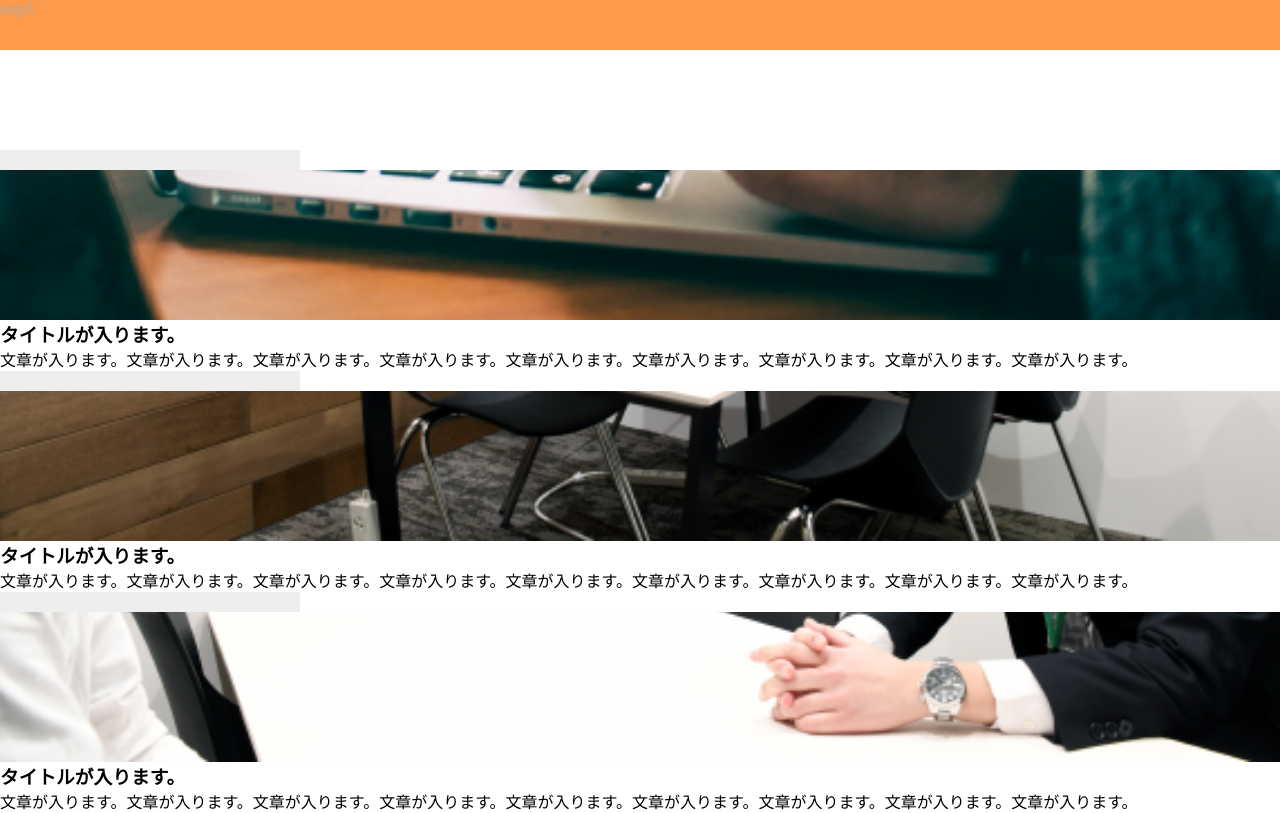
Repository: macchi-ro/-1
Page: 演習/practice.html
The author's editor kept a record of every edit. The page is drawn from the files as they stood at one moment, then again after the next edit.
The browser window is 1280 px wide. The pictures show the whole page.
Some web libraries are served in a nearby version.

Above is the page before.

### 演習/practice.html
<!DOCTYPE html>
<html lang="ja">
  <head>
    <meta charset="UTF-8" />

    <!-- FontAwesomeの読み込み -->
    <script src="https://kit.fontawesome.com/1411ab0f97.js" crossorigin="anonymous"></script>
    <!-- CSSファイルの読み込み -->
    <link rel="stylesheet" href="practice.css" />
    <title>演習</title>


  </head>

  <body>
   <header>
     <div class="header"></div>
   </header>

   <main>
     <div class="main"></div>
      <div class="step-box"></div>
       <div class="step-num">step1</div>
       <div class="step-img1"></div>
       <h3 class="taitle">タイトルが入ります。</h3>
       <p class="stepbox.text">文章が入ります。文章が入ります。文章が入ります。文章が入ります。文章が入ります。文章が入ります。文章が入ります。文章が入ります。文章が入ります。</p>

      <div class="step-box"></div>
       <div class="step-num">step2</div>
       <div class="step-img2"></div>
       <h3 class="taitle">タイトルが入ります。</h3>
       <p class="stepbox.text">文章が入ります。文章が入ります。文章が入ります。文章が入ります。文章が入ります。文章が入ります。文章が入ります。文章が入ります。文章が入ります。</p>

      <div class="step-box"></div>
       <div class="step-num">step3</div>
       <div class="step-img3"></div>
       <h3 class="taitle">タイトルが入ります。</h3>
       <p class="stepbox.text">文章が入ります。文章が入ります。文章が入ります。文章が入ります。文章が入ります。文章が入ります。文章が入ります。文章が入ります。文章が入ります。</p>

   </main>
  </body>
</html>

### 演習/practice.css
* {
  box-sizing: border-box;
  margin: 0;
  padding: 0;
}

.header {
 height: 50px;
 background-color: #ff9a4b;
}

.main {
  width: 960;
  margin: 50px auto;
  display: flex;
  justify-content: center;
}

.step-box {
  width: 300px;
  margin-right: 30px;
  padding: 10px;
  position: relative;
  background-color: #eee
}

.step-box last-child {
  margin-right: 0;
}

.step-img1 {
  height: 150px;
  background-image: url(img/flow01.png);
  background-position: bottom;
  background-size: cover
}

.step-img2 {
  height: 150px;
  background-image: url(img/flow02.png);
  background-position: bottom;
  background-size: cover
}

.step-img3 {
  height: 150px;
  background-image: url(img/flow03.png);
  background-position: bottom;
  background-size: cover
}

.step-num {
  position: absolute;
  top: 0;
  left: 0;
  background-color: #ff9a4b;
  color: #aaa;
}

.title {
  margin: 15px 0 5px;
}

.footer {
  height: 50px;
  background-color: #aaa;
}
@media screen and (max-width: 425px) {

   header {
    width: 100%;
    }
   main {
    width: 100%;
    }
   footer {
    width: 100%;
    }

    header {
     height: 50px;
    }
    main {
     margin: 50px auto;

     display:flex;
     flex-flow: column;

    }

    stepbox {
      width: 90%;
    }

}

After the next edit:
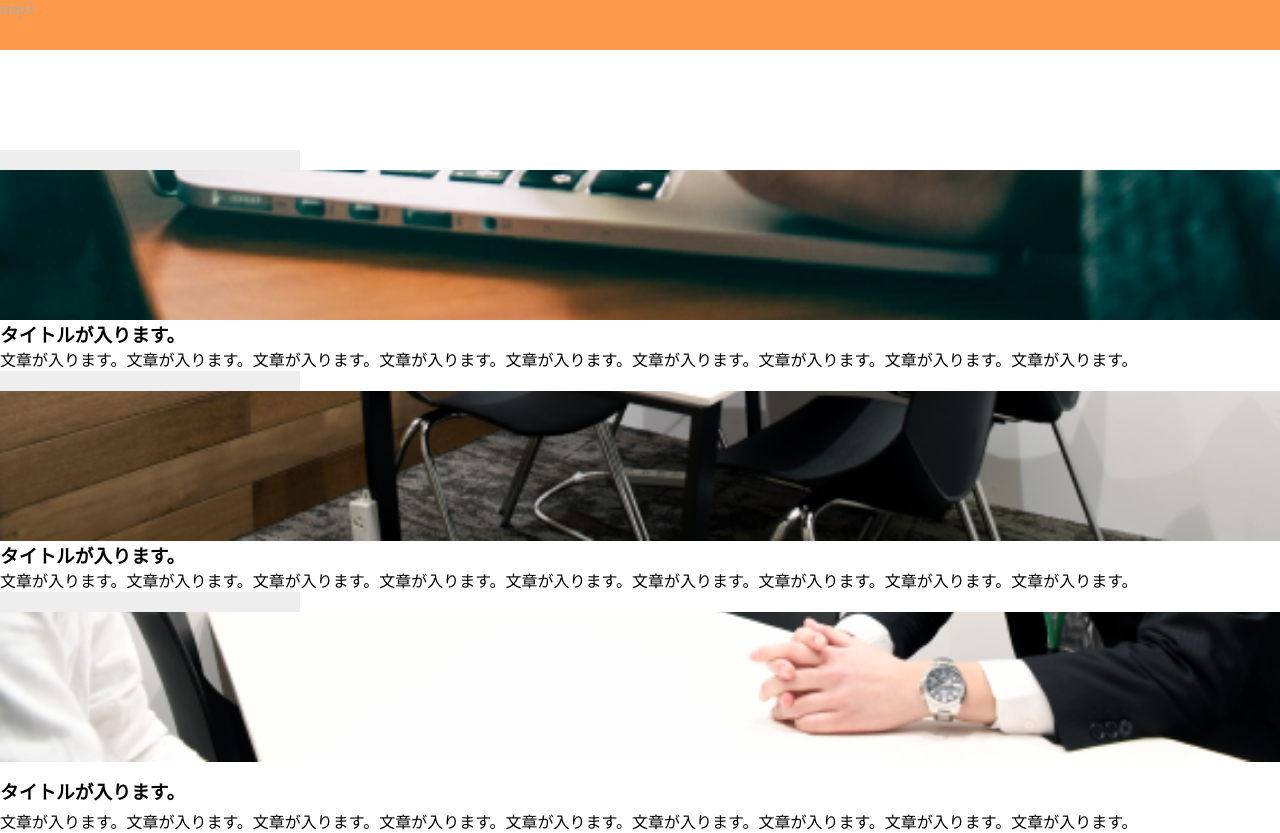
The edit:
--- a/演習/practice.html
+++ b/演習/practice.html
@@ -34,7 +34,7 @@
       <div class="step-box"></div>
        <div class="step-num">step3</div>
        <div class="step-img3"></div>
-       <h3 class="taitle">タイトルが入ります。</h3>
+       <h3 class="title">タイトルが入ります。</h3>
        <p class="stepbox.text">文章が入ります。文章が入ります。文章が入ります。文章が入ります。文章が入ります。文章が入ります。文章が入ります。文章が入ります。文章が入ります。</p>
 
    </main>
